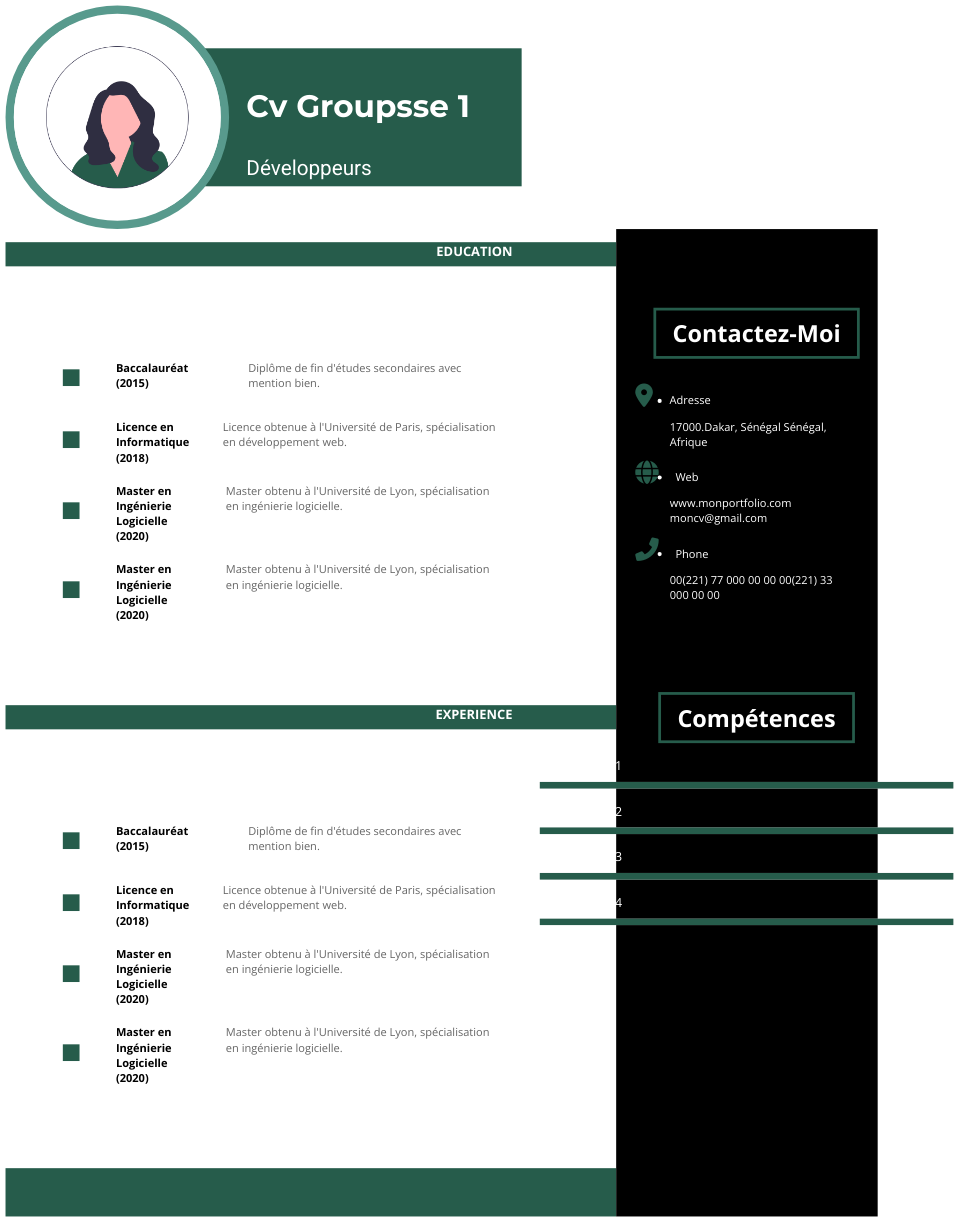
Repository: NdiongueFH/Mon_CV
Page: CV_Groupe1.html
These files come from the project's save history. The page is drawn as it stood at one moment and after the next save; the edit follows.
The browser window is 1280 px wide. The page is 1384 px wide, then 1284 px, so the pictures cover 1384 px, including what lies to the right of the window. The pictures show the whole page, at 69% of full size.

Above is the page before, as saved 2024-08-04 22:35:45.

### CV_Groupe1.html
<!DOCTYPE html>
<html lang="fr">
<head>
    <meta charset="UTF-8">
    <meta name="viewport" content="width=device-width, initial-scale=1.0">
    <!--Lin Font Awesome-->
    <link rel="stylesheet" href="https://cdnjs.cloudflare.com/ajax/libs/font-awesome/6.0.0-beta3/css/all.min.css">
    <!--Intégration de police d'écriture via un lien web-->
    <link href="https://fonts.googleapis.com/css2?family=Montserrat:wght@400;700&family=Open+Sans:wght@400;700&family=Roboto:wght@400;500&display=swap" rel="stylesheet">
    <!--Intégration de notre lien CSS-->
    <link rel="stylesheet" href="CV_Groupe1.css">
    <title>MON CV</title>

</head>
<body>
    <!--section principale-->
    <section id="principal">

        <!--Début Partie Ndiawar-->

        <!--la partie profile de notre cv-->
        <section id="profile">
            <!--identité-->
            <div id="identite">
                <!--image-->
                <div class="image">
                    <img id="image_profil" src="./image/profil.png" alt="" sizes="30" srcset="">
                </div>
                <!--fin image-->
                <!--debut nom-->
                <div class="nom">
                    <h1 id="name_cv">Cv Groupsse 1</h1>
                    <span id="function">Développeurs</span>
                </div>
                <!--fin nom-->
            </div>
            <!--fin identité-->
        </section>
        <!--fin de la partie profile-->

        <!--Fin Partie Ndiawar Diop-->


        <!--le debut du corp de notre cv-->
        <section  id="renseignement">
            <!--corp -->
            <div id="corps">
                <!--debut blanc-->
                <div class="blanc">


                    <!--Début Partie Anta Maguette Faye-->


                    <!--education-->
                    <div class="edu_exp">
                        <!--titre education-->
                        <div class="titre_edu_exp">
                            <h1 class="h1_titr">
                                EDUCATION
                            </h1>
                        </div>
                        <!--fin titre education-->
                        <!--parti education-->
                        <div id="info_edu">
                            <ul class="liste-diplomes">
                                <li>
                                    <div class="info">
                                        <span class="diplome">Baccalauréat</span>
                                        <span class="annee">(2015)</span>
                                    </div>
                                    <p class="description">Diplôme de fin d'études secondaires avec mention bien.</p>
                                </li>
                                <li>
                                    <div class="info">
                                        <span class="diplome">Licence en Informatique</span>
                                        <span class="annee">(2018)</span>
                                    </div>
                                    <p class="description">Licence obtenue à l'Université de Paris, spécialisation en développement web.</p>
                                </li>
                                <li>
                                    <div class="info">
                                        <span class="diplome">Master en Ingénierie Logicielle</span>
                                        <span class="annee">(2020)</span>
                                    </div>
                                    <p class="description">Master obtenu à l'Université de Lyon, spécialisation en ingénierie logicielle.</p>
                                </li>
                                <li>
                                    <div class="info">
                                        <span class="diplome">Master en Ingénierie Logicielle</span>
                                        <span class="annee">(2020)</span>
                                    </div>
                                    <p class="description">Master obtenu à l'Université de Lyon, spécialisation en ingénierie logicielle.</p>
                                </li>
                            </ul>
                        </div>
                        <!--fin parti education-->
                    </div>
                    <!--fin education-->


                    <!--Fin Partie Anta Maguette Faye-->

                    <!--Début Partie Fatoumata Hawa Ndiongue-->

                    <!--experience-->
                    <div class="edu_exp" >
                        <!--titre experience-->
                        <div class="titre_edu_exp">
                            <h1 class="h1_titr">
                                EXPERIENCE
                            </h1>
                        </div>
                        <!--fin titre experience-->
                        <!--parti experience-->
                        <div id="info_exp">
                            <ul class="liste-diplomes">
                                <li>
                                    <div class="info">
                                        <span class="diplome">Baccalauréat</span>
                                        <span class="annee">(2015)</span>
                                    </div>
                                    <p class="description">Diplôme de fin d'études secondaires avec mention bien.</p>
                                </li>
                                <li>
                                    <div class="info">
                                        <span class="diplome">Licence en Informatique</span>
                                        <span class="annee">(2018)</span>
                                    </div>
                                    <p class="description">Licence obtenue à l'Université de Paris, spécialisation en développement web.</p>
                                </li>
                                <li>
                                    <div class="info">
                                        <span class="diplome">Master en Ingénierie Logicielle</span>
                                        <span class="annee">(2020)</span>
                                    </div>
                                    <p class="description">Master obtenu à l'Université de Lyon, spécialisation en ingénierie logicielle.</p>
                                </li>
                                <li>
                                    <div class="info">
                                        <span class="diplome">Master en Ingénierie Logicielle</span>
                                        <span class="annee">(2020)</span>
                                    </div>
                                    <p class="description">Master obtenu à l'Université de Lyon, spécialisation en ingénierie logicielle.</p>
                                </li>
                            </ul>
                        </div>
                        <!--fin parti experience-->
                    </div>
                    <!--fin experience-->

                    <!--Début Footer-->
                    <div id="footer">

                    </div>
                    <!--Fin Footer-->

                    <!--Fin Partie Fatoumata Hawa Ndiongue-->

                </div>
                <!--fin blanc-->

                <!--Début Moustapha Dieng-->


                <!--debut noir-->
                <div class="noir">
                    <!--contact-->
                    <div class="contact">
                        <!--titre contact-->
                        <div class="title">
                            <h1 class="titre_contact_skill">
                                Contactez-Moi
                            </h1>
                        </div>
                        <!--fin titre contact-->
                        <!-- donnee contact-->
                        <div class="donnees_contact">
                            <ul class="list_contact">
                                <li>
                                    <p class="icon_contact">
                                        <i class="fas fa-map-marker-alt"></i> Adresse
                                    </p>
                                    <div class="contactez">
                                        <span class="detail">17000.Dakar, Sénégal</span>
                                        <span class="desc">Sénégal, Afrique</span>
                                    </div>
                                </li>
                            </ul>
                            <ul class="list_contact">
                                <li>
                                    <p class="icon_contact">
                                        <i class="fas fa-globe"></i> Web
                                    </p>
                                    <div class="contactez">
                                        <span class="detail">www.monportfolio.com</span>
                                        <span class="desc">moncv@gmail.com</span>
                                    </div>
                                </li>
                            </ul>
                            <ul class="list_contact">
                                <li>
                                    <p class="icon_contact">
                                        <i class="fas fa-phone-alt"></i> Phone
                                    </p>
                                    <div class="contactez">
                                        <span class="detail">00(221) 77 000 00 00</span>
                                        <span class="desc">00(221) 33 000 00 00</span>
                                    </div>
                                </li>
                            </ul>
                        </div>
                        <!-- End Contact Data -->
                    </div>
                        <!--fin donnee contact-->
                    <!--fin contact-->
                    <!--skill-->
                    <div class="contact">
                        <!--titre skill-->
                        <!--titre contact-->
                        <div class="title">
                            <h1 class="titre_contact_skill">
                                Compétences
                            </h1>
                        </div>
                        <!--fin titre contact-->
                        <!--fin titre skill-->
                        <!--donné skill-->
                        <div class="donnees_skill">
                            <form>
                                <!-- Skill 1 -->
                                <div class="skill">
                                    <label for="skill1">Compétence 1</label>
                                    <input type="range" id="skill1" name="skill1" min="0" max="100" value="50" step="1">
                                </div>

                                <!-- Skill 2 -->
                                <div class="skill">
                                    <label for="skill2">Compétence 2</label>
                                    <input type="range" id="skill2" name="skill2" min="0" max="100" value="75" step="1">
                                </div>

                                <!-- Skill 3 -->
                                <div class="skill">
                                    <label for="skill3">Compétence 3</label>
                                    <input type="range" id="skill3" name="skill3" min="0" max="100" value="30" step="1">
                                </div>

                                <!-- Skill 4 -->
                                <div class="skill">
                                    <label for="skill4">Compétence 4</label>
                                    <input type="range" id="skill4" name="skill4" min="0" max="100" value="90" step="1">
                                </div>
                            </form>

                        </div>
                        <!--fin donné skill-->
                    </div>
                    <!--fin skill-->
                    <!--resaux socio-->
                    <div id="resaux"></div>
                    <!--fin resaux socio-->
                </div>
                <!--fin noir-->

                <!--Fin Moustapha Dieng-->


            </div>
            <!--fin corp-->

        </section>
        <!--la fin du corp de notre cv-->
    </section>
    <!--Fin section principale-->

</body>
</html>

### CV_Groupe1.css
/*Le pseudo-élément `:root` en CSS permet de définir des variables globales pour un document,
représentant l'élément `<html>`. Utilisé pour centraliser la gestion des styles comme
les couleurs et les polices, il facilite la maintenance du CSS en rendant
les valeurs facilement réutilisables et modifiables dans toute la feuille de style.*/

:root {
    /* Définition des couleurs de base */
    --teal-1: #265C4B; /* Teal foncé */
    --teal-2: #146551; /* Teal moyen foncé */
    --teal-3: #007566; /* Teal vif */
    --teal-4: #589A8D; /* Teal clair */
    --teal-5: #fff; /* Blanc très clair */
    --Noir-6: #000000; /*Noir*/
    --Blanc-7: #ffffff; /*Blanc*/

    /* Utilisation des couleurs pour différents éléments */

    --color-title: var(--teal-1); /* Couleur pour les titres */
    --color-subtitle: var(--teal-3); /* Couleur pour les sous-titres */
    --color-paragraph: var(--teal-2); /* Couleur pour les paragraphes */
    --color-border: var(--teal-4); /* Couleur pour les bordures */
    --color-backgroundFoncé: var(--teal-1); /*Couleur de fond foncée*/
    --color-background: var(--teal-5); /* Couleur de fond général */
    --color-text: var(--Noir-6); /*Couleur pour le texte de fond*/
    --color-white: var(--Blanc-7); /*Couleur blanche pour les texte de fon d'une balise"*/
}

/*Intégration de nos polices d'écritures générales pour notre texte, titre et les sous-titres*/
:root {
    /* Polices */
    --font-title: 'Montserrat', sans-serif;
    --font-text: 'Open Sans', sans-serif;
    --font-subtitle: 'Roboto', sans-serif;

    /* Taille de police standard et poids */
    --font-size-normal: 16px; /* Taille de police standard pour le texte */
    --font-size-title: 28px; /* Taille de police pour les grands titres */
    --font-size-subtitle: 20px; /* Taille de police pour les sous-titres */
    --font-weight-normal: 400; /* Poids normal de la police */
    --font-weight-bold: 700; /* Poids en gras */
    /*Pour le profil la taile du nom et du sous-titre*/
    --font-size-titleProfil: 45px;
    --font-size-subtitleProfil: 30px;
}

/*Initialisation de notre body pour supprimer les marges et choix du type de police pour notre site*/
body {
    color: var(--color-text);
    background-color: var(--color-background);
    font-family: var(--font-text);
    font-size: var(--font-size-normal);
    font-weight: var(--font-weight-normal);
}

/*Partie Ndiawar Diop*/
    /*Début partie profil de Mon_CV*/

/*Div Identité*/
#identite {
    display: flex;
    align-items: center; /* Pour aligner verticalement les éléments à l'intérieur */
    background: none;
}
/*Image*/
.image {
    background-color: var(--color-background);
    border: 12px solid var(--color-border);
    width: 300px;  /* Assurez-vous que le conteneur est carré */
    height: 300px;
    border-radius: 50%;  /* Rend l'image ronde */
    overflow: hidden;  /* Cache les parties de l'image qui débordent */
    z-index: 2; /* Nous Plaçons l'image au-dessus de .nom */
    position: relative; /* Nécessaire pour appliquer z-index */
}

#image_profil {
    width: 100%;
    height: 100%;
    object-fit: contain;  /* Garantit que l'image couvre tout l'espace sans déformation */
}
/*Le nom du profil*/
.nom {
    background-color: var(--color-backgroundFoncé);
    width: 30%;
    height: 200px; /* Aligner la hauteur avec celle de l'image */
    display: flex;
    color: var(--color-white);
    flex-direction: column;
    justify-content: center;
    text-align: left;
    padding: 0 20px 0 75px;
    margin-left: -50px; /* Ajustement pour le chevauchement */
    z-index: 1; /* S'assurer que .nom se superpose à .image */
    position: relative;
}
#name_cv{
    font-family: var(--font-title);
    font-size: var(--font-size-titleProfil);
    font-weight: var(--font-weight-bold);
}
#function {
    font-family: var(--font-subtitle);
    font-size: var(--font-size-subtitleProfil);
    font-weight: var(--font-weight-normal);
}
    /*Fin Partie profil de Mon_Cv*/
/*Fin Partie Ndiawar Diop*/

/*Partie Section 2*/
#corps {
    display: flex;
}
.blanc {
    width: 70%;

}
    /*Partie Anta Maquette Faye
.titre_edu_exp {
}*/
.h1_titr {
    height: 35px;
    padding-right: 150px;
    background-color: var(--color-backgroundFoncé);
    text-align: right;
    color: var(--color-white);

}

    /*Partie Education*/
    #info_edu {
        max-width: 600px;
        margin: 120px;
    }
    #info_exp{
        max-width: 600px;
        margin: 120px;
    }
    .liste-diplomes li {
        display: flex;
        align-items: baseline;
        margin-bottom: 10px;
        position: relative; /* Position relative pour placer les puces */
    }

    .liste-diplomes li::before {
        content: "■"; /* Utiliser un carré comme puce */
        color: #265C4B; /* Teal foncé */
        font-size: 50px;
        position: absolute;
        left: -80px; /* Position de la puce */
        top: 50%;
        transform: translateY(-50%); /*Nous permet de déplacer le content */
    }

    .info {
        width: 200px; /* Largeur fixe pour le diplôme et l'année */
        font-weight: bold;
        display: flex;
        flex-direction: column;
        justify-content: left;
    }

    .diplome {
        margin-right: 10px; /* Espace entre le diplôme et l'année */
    }

    .description {
        margin-left: 15px; /* Espace entre l'info et la description */
        flex-grow: 1; /* Permet à la description de prendre le reste de l'espace */
        color: #666; /* Couleur de texte pour la description */
    }


    /*Footer*/
    #footer {
        height: 10px;
        padding: 30px;
        background-color: var(--color-backgroundFoncé);
    }

    /*Partie Noir*/
    .noir {
        width: 30%;
        background-color: var(--color-text);
        height: auto;
        color: var(--color-white);
    }
    .contact {
        display: flex;
        flex-direction: column;
        align-items: center; /* Center horizontally */
        justify-content: center; /* Center vertically (if height is set) */
        width: 80%; /* ou toute autre largeur appropriée */
        margin: 0 auto;
        padding-top: 80px;
        color: var(--color-white);
    }

    .titre_contact_skill {
        font-size: 34px;
        margin-bottom: 20px;
        text-align: center; /* Center the title text */
        border: 4px solid var(--color-backgroundFoncé);
        width: 100%; /* Ajuste selon tes besoins */
        padding: 10px;
    }

    .icon_contact i {
        margin: 0 20px 0 -50px;
        color: var(--color-backgroundFoncé); /* Assure-toi que les icônes sont blanches */
        font-size: 34px; /* Ajuste la taille si nécessaire */
    }

    .donnees-skill {
        width: 80%;
        margin: 0 auto;
        padding: 20px;
        color: var(--color-white);
        border-radius: 8px;
    }

    .form-title {
        text-align: center;
        font-size: 24px;
        margin-bottom: 20px;
    }

    .skill {
        margin-bottom: 15px;
    }

    .skill label {
        display: block;
        font-size: 18px;
        margin-bottom: 5px;
    }

    .skill input[type="range"] {
        width: 600px;
        height: 10px;
        -webkit-appearance: none;
        appearance: none;
        background: none;
        outline: none;
        overflow: hidden;
        position: relative;
    }

    .skill input[type="range"]::before {
        content: '';
        position: absolute;
        top: 0;
        left: 0;
        height: 100%;
        width: 100%;
        background: var(--color-backgroundFoncé);
        z-index: 1;
    }

    .skill input[type="range"]::-webkit-slider-runnable-track {
        width: 100%;
        height: 10px;
        background: #ddd;
        border: none;
        position: relative;
    }

    .skill input[type="range"]::-moz-range-track {
        width: 100%;
        height: 10px;
        background: #ddd;
        border: none;
        position: relative;
    }

    .skill input[type="range"]::-webkit-slider-thumb {
        -webkit-appearance: none;
        appearance: none;
        width: 0;
        height: 0;
        background: transparent;
        cursor: pointer;
    }

    .skill input[type="range"]::-moz-range-thumb {
        width: 0;
        height: 0;
        background: transparent;
        cursor: pointer;
    }

    .skill input[type="range"]::-moz-range-progress {
        background-color: var(--color-backgroundFoncé);
        height: 10px;
    }

After the next save:
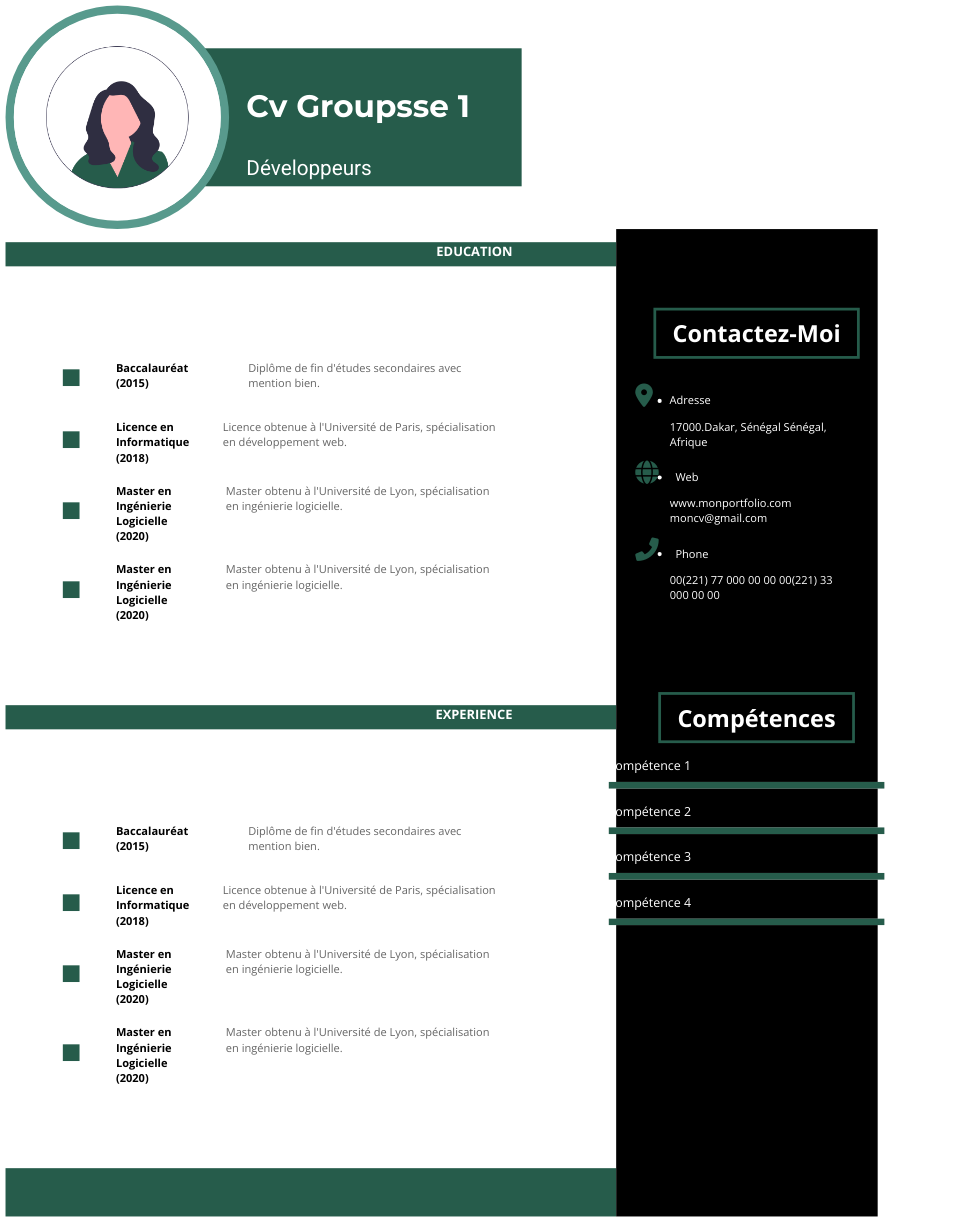
Saved 9 s later.
--- a/CV_Groupe1.css
+++ b/CV_Groupe1.css
@@ -236,7 +236,7 @@ body {
     }
 
     .skill input[type="range"] {
-        width: 600px;
+        width: 400px;
         height: 10px;
         -webkit-appearance: none;
         appearance: none;
